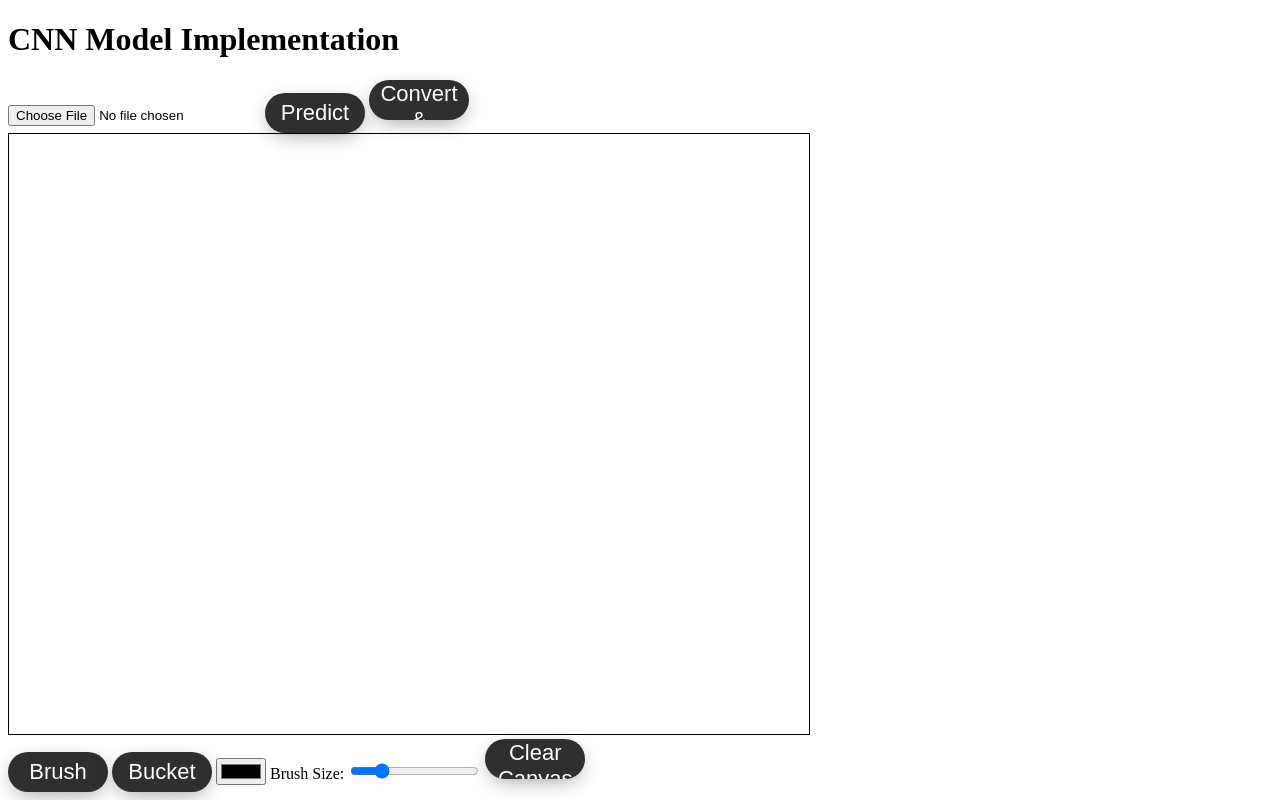
Repository: choobrendan/Flag-Guesser
Page: http://localhost/
These files come from the project's save history. The page is drawn as it stood at one moment and after the next save; the edit follows.
The browser window is 1280 px wide. The pictures show the whole page.
The page is served by the project's application, run on Flask 3 (app.py).

Above is the page before, as saved 2023-08-30 08:48:25.

After the next save:
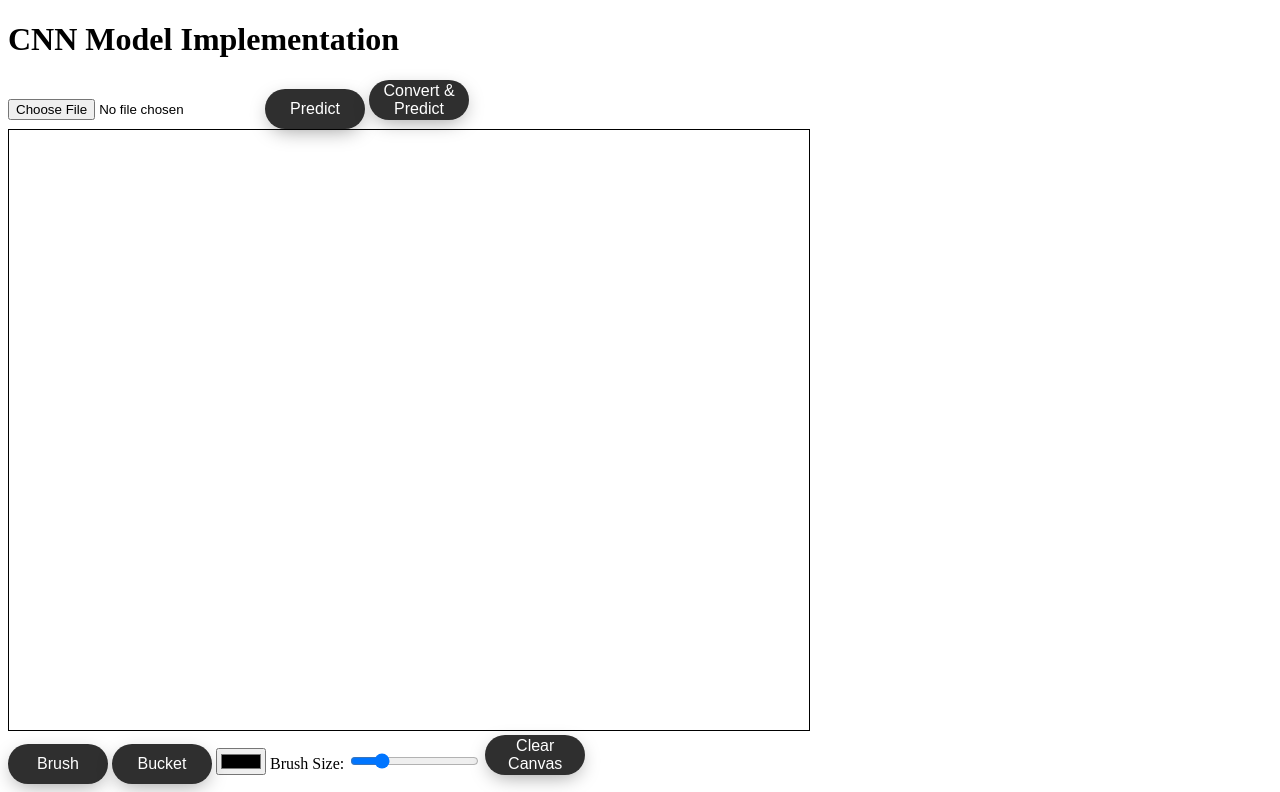
Saved 19 s later.
--- a/templates/index.html
+++ b/templates/index.html
@@ -25,7 +25,7 @@
     outline: none;
     background: #2f2f2f;
     color: #fff;
-    font-size: 22px;
+    font-size: 16px;
     border-radius: 40px;
     text-align: center;
     box-shadow: 0 6px 20px -5px rgba(0,0,0,0.4);
